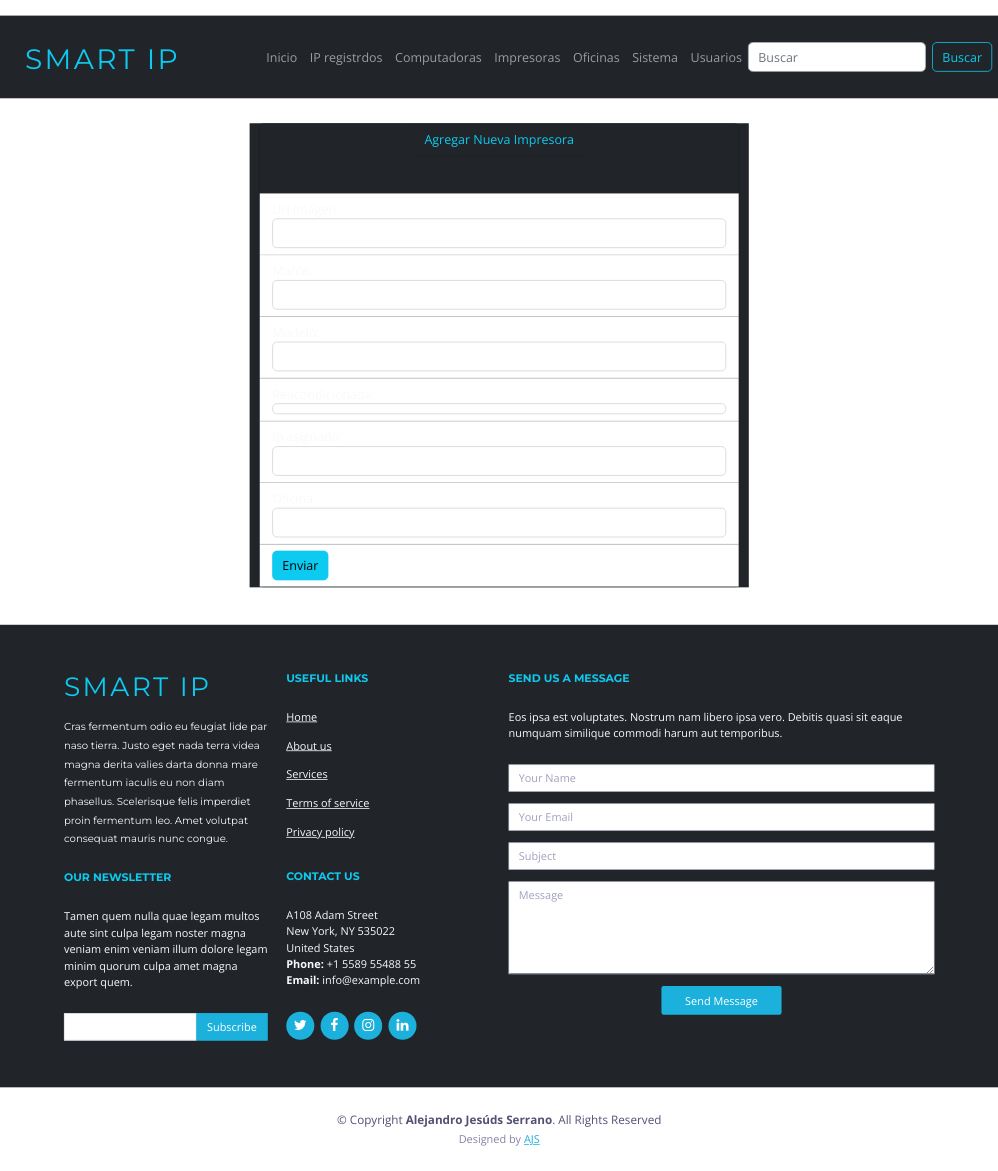
Repository: AlejandroJesusSerrano/SmartIPs
Page: smartip/smartipnav/templates/smartipnav/printer_form.html
These files come from the project's save history. The page is drawn as it stood at one moment and after the next save; the edit follows.
The browser window is 1280 px wide. The pictures show the whole page, at 78% of full size.
The page is served by the project's application, run on Django 4.2 (smartip/manage.py). Other server files are loaded and not shown. The template is opened directly, without the code that normally fills it, so the values that code supplies are empty.

Above is the page before, as saved 2022-11-14 09:03:36.

### smartip/smartipnav/templates/smartipnav/printer_form.html
{% extends 'smartipnav/base.html' %}

{% block content %}
<section>
    <div class="container col-lg-6 bg-dark">
        <div class="card mx-auto mt-5 bg-dark style="width: 20rem;">
            <div class="card-header bg-dark text-info mx-auto">
              Agregar Nueva Impresora
            </div>
            <form id=printer_add_form action="" method="post" class="mt-5">
                {% csrf_token %}
                <ul class="list-group list-group-flush">
                    <li class="list-group-item">
                        <label class="form-control-label text-light" for="printer_image">Url Imágen: </label>
                    <input class="form-control" type="url" name="printer_image" id="printer_add">
                    </li>
                    <li class="list-group-item">
                        <label class="form-control-label text-light" for="printer_brand">Marca: </label>
                        <input class="form-control" type="text" name="printer_brand" id="printer_brand">
                    </li>
                    <li class="list-group-item">
                        <label class="form-control-label text-light" for="printer_model">Modelo: </label>
                        <input class="form-control" type="text" name="printer_model" id="printer_model">
                    </li>
                    <li class="list-group-item">
                        <label class="form-control-label text-light" for="printer_rebuilded">Reacondicionada: </label>
                        <input class="form-control" type="checkbox" name="printer_rebuilded" id="printer_rebuilded">
                    </li>
                    <li class="list-group-item">
                        <label class="form-control-label text-light" for="printer_ip">Ip asignado: </label>
                        <input class="form-control" type="text" name="printer_ip" id="printer_ip">
                    </li>
                    <li class="list-group-item">
                        <label class="form-control-label text-light" for="printer_office">Oficina: </label>
                        <input class="form-control" type="text" namr="printer_office" id="printer_office">
                    </li>
                    <li class="list-group-item">
                        <button type="submit" class="btn btn-info mx-auto">Enviar</button>
                    </li>
                  </ul>
            </form>
        </div>
    </div>
</section>
<!-- <section id="intro" class="clearfix">
    <div class="container d-flex h-100">
        <div class="row justify-content-center align-self-center">
            <div class="col-md-6 intro-info order-md-first order-last">
                <form action="" method="post">
                    {% csrf_token %}
                    <div class="container mx-auto w-100">
                        <div class="form-group bg-dark mx-auto w-80">
                            <label class="form-control-label text-light" for="printer_image">Url Imágen: </label>
                            <input class="form-control" type="url" name="printer_image" id="printer_add"></p>

                            <label class="form-control-label text-light" for="printer_brand">Marca: </label>
                            <input class="form-control" type="text" name="printer_brand" id="printer_brand"></p>

                            <label class="form-control-label text-light" for="printer_model">Modelo: </label>
                            <input class="form-control" type="text" name="printer_model" id="printer_model"></p>

                            <label class="form-control-label text-light" for="printer_rebuilded">Reacondicionada: </label>
                            <input class="form-control" type="checkbox" name="printer_rebuilded" id="printer_rebuilded"></p>

                            <label class="form-control-label text-light" for="printer_ip">Ip asignado: </label>
                            <input class="form-control" type="text" name="printer_ip" id="printer_ip"></p>

                            <label class="form-control-label text-light" for="printer_office">Oficina: </label>
                            <input class="form-control" type="text" namr="printer_office" id="printer_office"></p>

                            <button type="submit" class="btn btn-info mx-auto">Submit</button>
                        </div>
                    </div>
                </form>
            </div>
        </div>
    </div>
</section> -->
{% endblock %}

### smartip/smartipnav/templates/smartipnav/base.html
<!DOCTYPE html>
<html lang="en">
<head>

  {% load static %}
  <meta charset="utf-8">
  <title>Smart IP</title>
  <meta content="width=device-width, initial-scale=1.0" name="viewport">
  <meta content="" name="keywords">
  <meta content="" name="description">

  <!-- Favicons -->
  <link href="{% static 'smartipnav/img/favicon.png' %}" rel="icon">
  <link href="{% static 'smartipnav/img/apple-touch-icon.png' %}" rel="apple-touch-icon">

  <!-- Google Fonts -->
  <link href="https://fonts.googleapis.com/css?family=Open+Sans:300,300i,400,400i,500,600,700,700i|Montserrat:300,400,500,600,700" rel="stylesheet">

  <!-- Bootstrap CSS File -->
  <link href="https://cdn.jsdelivr.net/npm/bootstrap@5.2.2/dist/css/bootstrap.min.css" rel="stylesheet" integrity="sha384-Zenh87qX5JnK2Jl0vWa8Ck2rdkQ2Bzep5IDxbcnCeuOxjzrPF/et3URy9Bv1WTRi" crossorigin="anonymous">

  <!-- Libraries CSS Files -->
  <link href="{% static 'smartipnav/lib/font-awesome/css/font-awesome.min.css' %}" rel="stylesheet">
  <link href="{% static 'smartipnav/lib/animate/animate.min.css' %}" rel="stylesheet">
  <link href="{% static 'smartipnav/lib/ionicons/css/ionicons.min.css' %}" rel="stylesheet">
  <link href="{% static 'smartipnav/lib/owlcarousel/assets/owl.carousel.min.css' %}" rel="stylesheet">
  <link href="{% static 'smartipnav/lib/lightbox/css/lightbox.min.css' %}" rel="stylesheet">

  <!-- Main Stylesheet File -->
  <link href="{% static 'smartipnav/css/style.css' %}" rel="stylesheet">

  <!-- =======================================================
    Theme Name: Rapid
    Theme URL: https://bootstrapmade.com/rapid-multipurpose-bootstrap-business-template/
    Author: BootstrapMade.com
    License: https://bootstrapmade.com/license/
  ======================================================= -->
</head>

<body>
  <!--==========================
  Header
  ============================-->
  <header id="header">
    <nav class="navbar navbar-expand-lg navbar-dark bg-dark mb-5">
      <a class="navbar-brand" href="index">
        <div class="logo mb-4">
          <!-- Uncomment below if you prefer to use an image logo -->
          <h1 class="text-bg-dark mx-auto "><a href="index"><span class= "text-info">Smart IP</span></a></h1>
          <!-- <a href="#header" class="scrollto"><img src="img/logo.png" alt="" class="img-fluid"></a> -->
        </div>
      </a>
      <button class="navbar-toggler" type="button" data-bs-toggle="collapse" data-bs-target="#navbarSupportedContent" aria-controls="navbarSupportedContent" aria-expanded="false" aria-label="Toggle navigation">
        <span class="navbar-toggler-icon"></span>
      </button>
      <div class="collapse navbar-collapse" id="navbarSupportedContent">
        <ul class="navbar-nav ms-auto mb-2 mb-lg-0">
          <li class="nav-item">
            <a class="nav-link {% block indexactive %} {% endblock %}" aria-current="page" href="{% url 'Inicio' %}">Inicio</a>
          </li>
          <li class="nav-item">
            <a class="nav-link {% block ipactive %} {% endblock %}" aria-current="page" href=" {% url 'Ip' %}">IP registrdos</a>
          </li>
          <li class="nav-item">
            <a class="nav-link {% block computeractive %} {% endblock %}" aria-current="page" href="{% url 'Computers' %}">Computadoras</a>
          </li>
          <li class="nav-item">
            <a class="nav-link {% block printersactive %} {% endblock %}" aria-current="page" href="{% url 'Printers' %}">Impresoras</a>
          </li>
          <li class="nav-item">
            <a class="nav-link {% block officesactive %} {% endblock %}" aria-current="page" href="{% url 'Offices' %}">Oficinas</a>
          </li>
          <li class="nav-item">
            <a class="nav-link {% block usersactive %} {% endblock %}" aria-current="page" href="{% url 'Users' %}">Sistema</a>
          </li>
          <li class="nav-item">
            <a class="nav-link {% block userspcactive %} {% endblock %}" aria-current="page" href="{% url 'UsersPc' %}">Usuarios</a>
          </li>

          <!-- <li class="nav-item dropdown">
            <a class="nav-link dropdown-toggle" href="#" id="navbarDropdown" role="button" data-bs-toggle="dropdown" aria-expanded="false">
              Dropdown
            </a>
            <ul class="dropdown-menu" aria-labelledby="navbarDropdown">
              <li><a class="dropdown-item" href="#">Acción</a></li>
              <li><a class="dropdown-item" href="#">Otra acción</a></li>
              <li><hr class="dropdown-divider"></li>
              <li><a class="dropdown-item" href="#">Algo más aquí</a></li>
            </ul>
          </li>
          <li class="nav-item">
            <a class="nav-link disabled">Deshabilitado</a>
          </li> -->
        </ul>
        <form class="d-flex" role="search">
          <input class="form-control me-2" type="search" placeholder="Buscar" aria-label="Buscar">
          <button class="btn btn-outline-info me-2" type="submit">Buscar</button>
        </form>
      </div>
    </nav>
  </header><!-- #header -->



    {% block content %}

    {% endblock %}



  <!--==========================
    Footer
  ============================-->
  <footer id="footer" class="section-bg">
    <div class="mt-5 footer-top bg-dark">
      <div class="container bg-dark">

        <div class="row">

          <div class="col-lg-6">

            <div class="row">

                <div class="col-sm-6">

                  <div class="footer-info">
                    <h3 class="text-info">Smart Ip</h3>
                    <p class="text-light">Cras fermentum odio eu feugiat lide par naso tierra. Justo eget nada terra videa magna derita valies darta donna mare fermentum iaculis eu non diam phasellus. Scelerisque felis imperdiet proin fermentum leo. Amet volutpat consequat mauris nunc congue.</p>
                  </div>

                  <div class="footer-newsletter">
                    <h4 class="text-info">Our Newsletter</h4>
                    <p class="text-light">Tamen quem nulla quae legam multos aute sint culpa legam noster magna veniam enim veniam illum dolore legam minim quorum culpa amet magna export quem.</p>
                    <form action="" method="post">
                      <input type="email" name="email"><input type="submit"  value="Subscribe">
                    </form>
                  </div>

                </div>

                <div class="col-sm-6">
                  <div class="footer-links">
                    <h4 class="text-info">Useful Links</h4>
                    <ul>
                      <li><a class="text-light" href="#">Home</a></li>
                      <li><a class="text-light" href="#">About us</a></li>
                      <li><a class="text-light" href="#">Services</a></li>
                      <li><a class="text-light" href="#">Terms of service</a></li>
                      <li><a class="text-light" href="#">Privacy policy</a></li>
                    </ul>
                  </div>

                  <div class="footer-links">
                    <h4 class="text-info">Contact Us</h4>
                    <p class="text-light">
                      A108 Adam Street <br>
                      New York, NY 535022<br>
                      United States <br>
                      <strong>Phone:</strong> +1 5589 55488 55<br>
                      <strong>Email:</strong> info@example.com<br>
                    </p>
                  </div>

                  <div class="social-links">
                    <a href="#" class="twitter"><i class="fa fa-twitter"></i></a>
                    <a href="#" class="facebook"><i class="fa fa-facebook"></i></a>
                    <a href="#" class="instagram"><i class="fa fa-instagram"></i></a>
                    <a href="#" class="linkedin"><i class="fa fa-linkedin"></i></a>
                  </div>

                </div>

            </div>

          </div>

          <div class="col-lg-6">

            <div class="form">

              <h4 class="text-info">Send us a message</h4>
              <p class= "text-light">Eos ipsa est voluptates. Nostrum nam libero ipsa vero. Debitis quasi sit eaque numquam similique commodi harum aut temporibus.</p>
              <form action="" method="post" role="form" class="contactForm">
                <div class="form-group">
                  <input type="text" name="name" class="form-control" id="name" placeholder="Your Name" data-rule="minlen:4" data-msg="Please enter at least 4 chars" />
                  <div class="validation"></div>
                </div>
                <div class="form-group">
                  <input type="email" class="form-control" name="email" id="email" placeholder="Your Email" data-rule="email" data-msg="Please enter a valid email" />
                  <div class="validation"></div>
                </div>
                <div class="form-group">
                  <input type="text" class="form-control" name="subject" id="subject" placeholder="Subject" data-rule="minlen:4" data-msg="Please enter at least 8 chars of subject" />
                  <div class="validation"></div>
                </div>
                <div class="form-group">
                  <textarea class="form-control" name="message" rows="5" data-rule="required" data-msg="Please write something for us" placeholder="Message"></textarea>
                  <div class="validation"></div>
                </div>

                <div id="sendmessage">Your message has been sent. Thank you!</div>
                <div id="errormessage"></div>

                <div class="text-center"><button type="submit" title="Send Message">Send Message</button></div>
              </form>
            </div>

          </div>



        </div>

      </div>
    </div>

    <div class="container">
      <div class="copyright">
        &copy; Copyright <strong>Alejandro Jesúds Serrano</strong>. All Rights Reserved
      </div>
      <div class="credits">
        <!--
          All the links in the footer should remain intact.
          You can delete the links only if you purchased the pro version.
          Licensing information: https://bootstrapmade.com/license/
          Purchase the pro version with working PHP/AJAX contact form: https://bootstrapmade.com/buy/?theme=Rapid
        -->
        Designed by <a href="https://AJS.com/">AJS</a>
      </div>
    </div>
  </footer><!-- #footer -->

  <a href="#" class="back-to-top"><i class="fa fa-chevron-up"></i></a>
  <!-- Uncomment below i you want to use a preloader -->
  <!-- <div id="preloader"></div> -->

  <!-- JavaScript Libraries -->
  <script src="{% static 'smartipnav/lib/jquery/jquery.min.js' %}"></script>
  <script src="{% static 'smartipnav/lib/jquery/jquery-migrate.min.js' %}"></script>
  <script src="https://cdn.jsdelivr.net/npm/bootstrap@5.2.2/dist/js/bootstrap.bundle.min.js" integrity="sha384-OERcA2EqjJCMA+/3y+gxIOqMEjwtxJY7qPCqsdltbNJuaOe923+mo//f6V8Qbsw3" crossorigin="anonymous"></script>
  <script src="{% static 'smartipnav/lib/easing/easing.min.js' %}"></script>
  <script src="{% static 'smartipnav/lib/mobile-nav/mobile-nav.js' %}"></script>
  <script src="{% static 'smartipnav/lib/wow/wow.min.js' %}"></script>
  <script src="{% static 'smartipnav/lib/waypoints/waypoints.min.js' %}"></script>
  <script src="{% static 'smartipnav/lib/counterup/counterup.min.js' %}"></script>
  <script src="{% static 'smartipnav/lib/owlcarousel/owl.carousel.min.js' %}"></script>
  <script src="{% static 'smartipnav/lib/isotope/isotope.pkgd.min.js' %}"></script>
  <script src="{% static 'smartipnav/lib/lightbox/js/lightbox.min.js' %}"></script>
  <!-- Contact Form JavaScript File -->
  <script src="{% static 'smartipnav/contactform/contactform.js' %}"></script>

  <!-- Template Main Javascript File -->
  <script src="{% static 'smartipnav/js/main.js' %}"></script>

</body>
</html>

### smartip/smartip/urls.py
"""smartip URL Configuration

The `urlpatterns` list routes URLs to views. For more information please see:
    https://docs.djangoproject.com/en/4.1/topics/http/urls/
Examples:
Function views
    1. Add an import:  from my_app import views
    2. Add a URL to urlpatterns:  path('', views.home, name='home')
Class-based views
    1. Add an import:  from other_app.views import Home
    2. Add a URL to urlpatterns:  path('', Home.as_view(), name='home')
Including another URLconf
    1. Import the include() function: from django.urls import include, path
    2. Add a URL to urlpatterns:  path('blog/', include('blog.urls'))
"""
from django.contrib import admin
from django.urls import path

urlpatterns = [
    path('admin/', admin.site.urls),
]

Loaded but not shown: smartip/smartipnav/static/smartipnav/lib/font-awesome/css/font-awesome.min.css (library); smartip/smartipnav/static/smartipnav/lib/animate/animate.min.css (library); smartip/smartipnav/static/smartipnav/lib/ionicons/css/ionicons.min.css (library); smartip/smartipnav/static/smartipnav/lib/owlcarousel/assets/owl.carousel.min.css (library); smartip/smartipnav/static/smartipnav/lib/lightbox/css/lightbox.min.css (common file); smartip/smartipnav/static/smartipnav/lib/jquery/jquery.min.js (library); smartip/smartipnav/static/smartipnav/lib/jquery/jquery-migrate.min.js (library); smartip/smartipnav/static/smartipnav/lib/easing/easing.min.js (common file); smartip/smartipnav/static/smartipnav/lib/mobile-nav/mobile-nav.js (common file); smartip/smartipnav/static/smartipnav/lib/wow/wow.min.js (library); smartip/smartipnav/static/smartipnav/lib/waypoints/waypoints.min.js (library); smartip/smartipnav/static/smartipnav/lib/counterup/counterup.min.js (common file); smartip/smartipnav/static/smartipnav/lib/owlcarousel/owl.carousel.min.js (library); smartip/smartipnav/static/smartipnav/lib/isotope/isotope.pkgd.min.js (library); smartip/smartipnav/static/smartipnav/lib/lightbox/js/lightbox.min.js (library); smartip/smartipnav/static/smartipnav/js/main.js (131 lines, source omitted); smartip/smartipnav/static/smartipnav/contactform/contactform.js (118 lines, source omitted); smartip/smartipnav/static/smartipnav/css/style.css (1573 lines, source omitted)

After the next save:
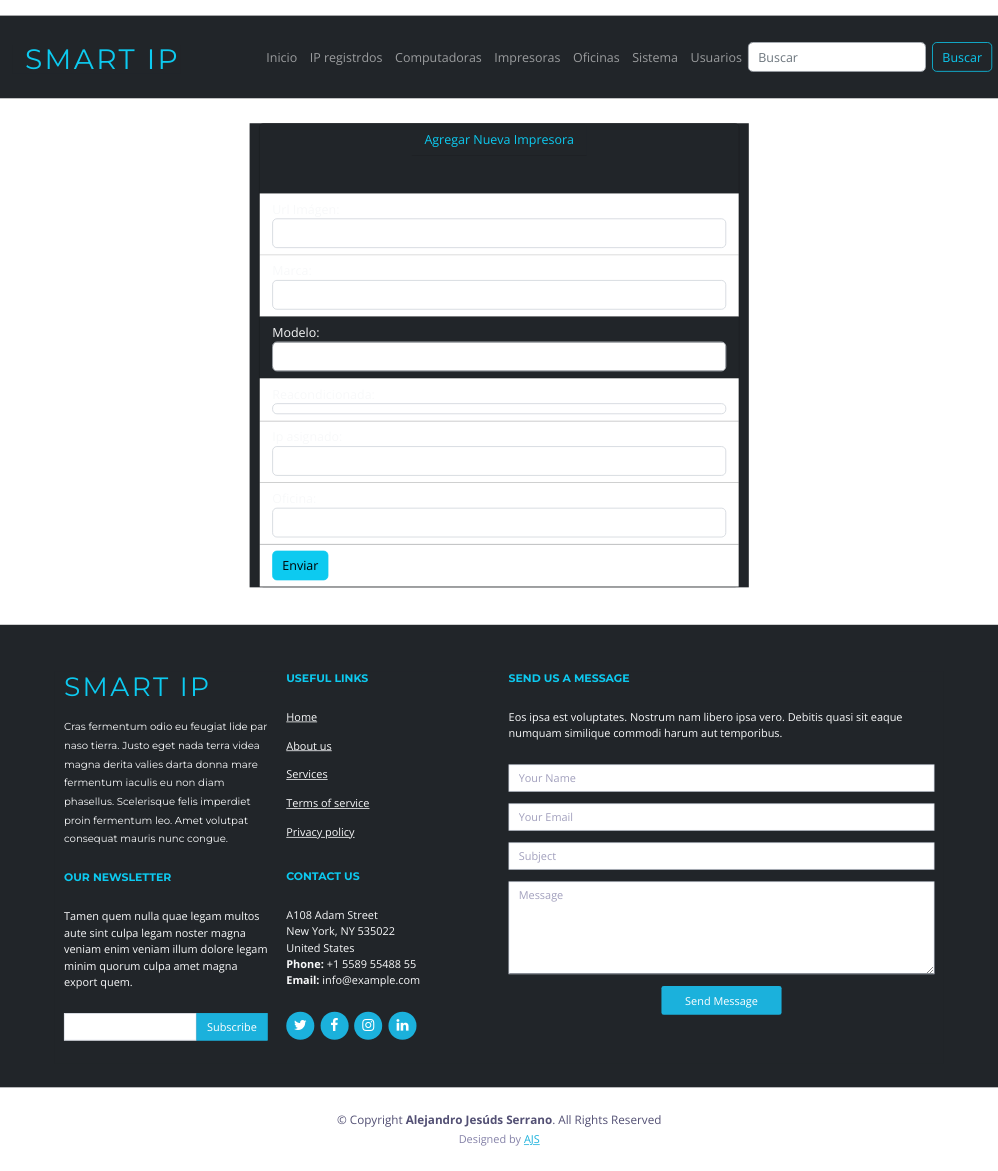
Saved 21 s later.
--- a/smartip/smartipnav/templates/smartipnav/printer_form.html
+++ b/smartip/smartipnav/templates/smartipnav/printer_form.html
@@ -18,7 +18,7 @@
                         <label class="form-control-label text-light" for="printer_brand">Marca: </label>
                         <input class="form-control" type="text" name="printer_brand" id="printer_brand">
                     </li>
-                    <li class="list-group-item">
+                    <li class="list-group-item bg-dark">
                         <label class="form-control-label text-light" for="printer_model">Modelo: </label>
                         <input class="form-control" type="text" name="printer_model" id="printer_model">
                     </li>
